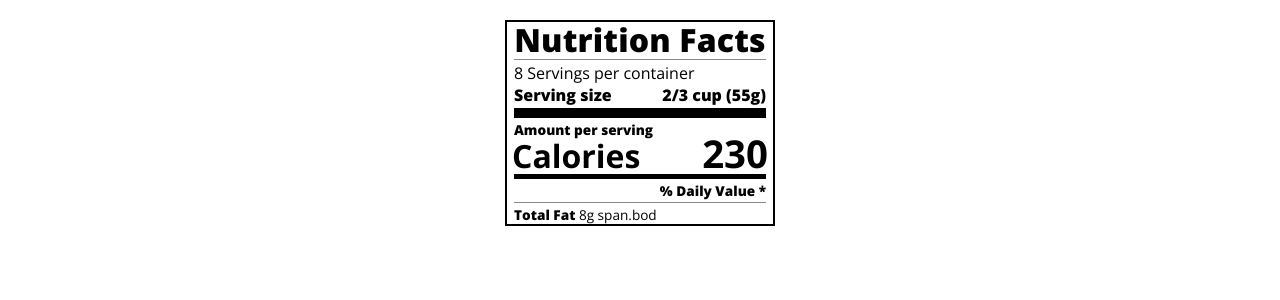
Repository: Lungdjos/typography
Page: index.html
An editor plug-in stored every save of this project. The page is shown before and after a run of saves, followed by the edit.
The browser window is 1280 px wide. The pictures show the whole page.

Above is the page before, as saved 2023-10-28 01:53:41.

After the next 2 saves:
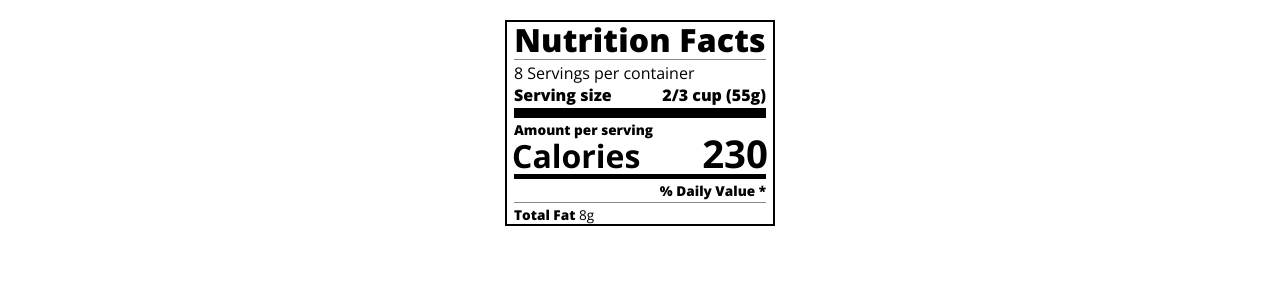
The 2 saves are shown as one change because they came seconds apart.
The last was saved 7 s later.
--- a/index.html
+++ b/index.html
@@ -29,7 +29,7 @@
         <div class="daily-value small-text">
             <p class="bold right">% Daily Value *</p>
             <div class="divider"></div>
-            <p><span><span class="bold">Total Fat</span> 8g span.bod</span>
+            <p><span><span class="bold">Total Fat</span> 8g <span class="bold"></span></span>
             </p>
         </div>
     </div>
